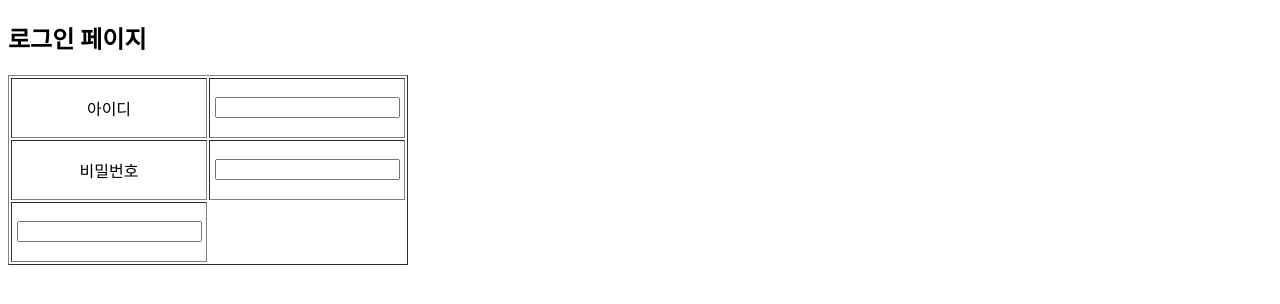
Repository: junirang330/Jsp2026
Page: http://localhost/chapter01/Request/requestLogin.jsp
These files come from the project's save history. The page is drawn as it stood at one moment and after the next save; the edit follows.
The browser window is 1280 px wide. The pictures show the whole page.
The page is served by Tomcat 9.

Above is the page before, as saved 2026-10-19 05:49:20.

### chapter01/src/main/webapp/Request/requestLogin.jsp
<%@ page language="java" contentType="text/html; charset=UTF-8"
    pageEncoding="UTF-8" import = "java.util.*" %>
<!DOCTYPE html>
<html>
<head>
<meta charset="UTF-8">
<title>Request 로그인</title>
</head>
<body>
	<div class="container">
		<h2>로그인 페이지</h2>
		<form action="RequestLoginProc.jsp" method = "post">
			<table width="400" border="1">
				<tr height = "60">
					<td align = "center" width = "150">아이디</td>
					<td align = "center" width = "350">
						<input type = "text" name = "id"/>
					</td>

				</tr>
				<tr height = "60">
					<td align = "center" width = "150">비밀번호</td>
					<td align = "center" width = "350">
						<input type = "password" name = "pass"/>
					</td>
				</tr>
				<tr height = "60">
					<td align = "center" width = "350">
						<input type = "password" name = "pass"/>
					</td>
				</tr>
			</table>
		</form>
	</div>

</body>
</html>

After the next save:
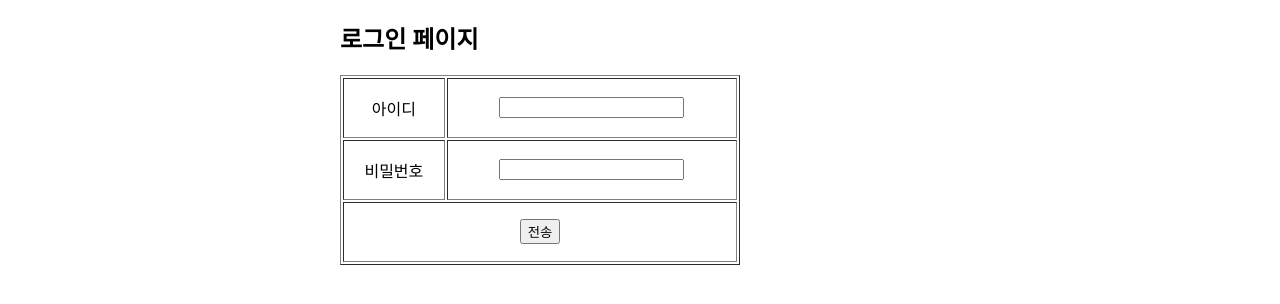
Saved 2 min 4 s later.
--- a/chapter01/src/main/webapp/Request/requestLogin.jsp
+++ b/chapter01/src/main/webapp/Request/requestLogin.jsp
@@ -5,6 +5,12 @@
 <head>
 <meta charset="UTF-8">
 <title>Request 로그인</title>
+<style type = "text/css">
+	.container{
+		width: 600px;
+		margin: 20px auto;
+	}
+</style>
 </head>
 <body>
 	<div class="container">
@@ -25,8 +31,8 @@
 					</td>
 				</tr>
 				<tr height = "60">
-					<td align = "center" width = "350">
-						<input type = "password" name = "pass"/>
+					<td colspan = "2" align = "center" width = "150">
+						<input type = "submit" value = "전송"/>
 					</td>
 				</tr>
 			</table>
